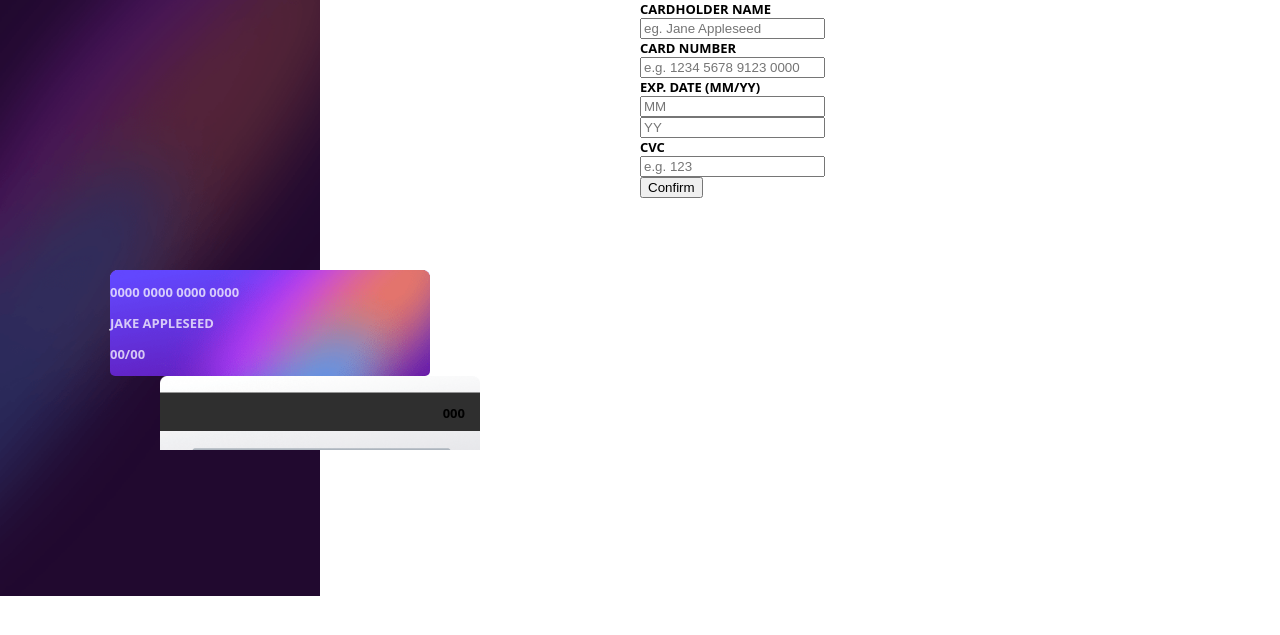
Repository: Celebration-cloud/my-project
Page: interactive-card-details-form-main/index.html
These files come from the project's save history. The page is drawn as it stood at one moment and after the next save; the edit follows.
The browser window is 1280 px wide. The pictures show the whole page.

Above is the page before, as saved 2023-08-22 18:51:29.

### interactive-card-details-form-main/index.html
<!DOCTYPE html>
<html lang="en">
<head>
  <meta charset="UTF-8">
  <meta name="viewport" content="width=device-width, initial-scale=1.0"> <!-- displays site properly based on user's device -->

  <link rel="icon" type="image/png" sizes="32x32" href="./images/favicon-32x32.png">
  <link rel="stylesheet" href="index.css">

  <title>Frontend Mentor | Interactive card details form</title>

  <!-- Feel free to remove these styles or customise in your own stylesheet 👍 -->
  <style>
    .attribution { font-size: 11px; text-align: center; }
    .attribution a { color: hsl(228, 45%, 44%); }
  </style>
</head>
<body>
  <div class="container">
    <section id="section-a" class="section-a">
      <div id="card">
        <div id="profile"></div><span id="detail"></span>
        <p id="card-number">0000 0000 0000 0000</p>
        <p id="card-name">JAKE APPLESEED</p>
        <p id="exp-date">00/00</p>
      </div>
      <div id="card-back">
        <p id="cvc-digit">000</p>
      </div>

    </section>
    <!-- Add your site or application content here -->
    <!-- Card Details Form Section-->
    <section id="section-b" class="section-b">
      <form action="">
        <label for="name" id="cardholder-numeber-label">CARDHOLDER NAME</label><br/>
        <input name="name" id="cardholder-numeber-input" aria-required="false" placeholder="eg. Jane Appleseed" required/><br/>
        <label for="card-number" id="card-number-label">CARD NUMBER</label><br/>
        <input name="card-number" id="card-number-input" type="tel" aria-required="false" placeholder="e.g. 1234 5678 9123 0000" required/><br/>
        <label for="expire-date" id="expire-date-label">EXP. DATE (MM/YY)</label><br/>
        <input name="expire-date" id="expire-date" type="tel" aria-required="false" placeholder="MM" required/><br/>
        <input name="expire-date" id="expire-date2" type="tel" aria-required="false" placeholder="YY" required/><br/>
        <label for="cvc" id="cvc-label">CVC</label><br/>
        <input name="cvc" aria-required="false" id="cvc" type="tel" placeholder="e.g. 123" required/><br/>
        <button type="submit">Confirm</button>
      </form>

    </section>
  </div>

  <!-- 0000 0000 0000 0000
  00/00

  000

  Cardholder Name
  e.g. Jane Appleseed

  Card Number
  e.g. 1234 5678 9123 0000

  Exp. Date (MM/YY)
  MM
  YY

  CVC
  e.g. 123

  Confirm -->

  <!-- Completed state start -->

  <!-- Thank you!
  We've added your card details
  Continue -->

  <!-- <div class="attribution">
    Challenge by <a href="https://www.frontendmentor.io?ref=challenge" target="_blank">Frontend Mentor</a>.
    Coded by <a href="#">Your Name Here</a>.
  </div> -->
</body>
</html>

### interactive-card-details-form-main/index.css
body{
    font-family: system-ui, -apple-system, BlinkMacSystemFont, 'Segoe UI', Roboto, Oxygen, Ubuntu, Cantarell, 'Open Sans', 'Helvetica Neue', sans-serif;
    font-weight: bolder;
    font-size: small;
    margin: 0;
    padding: 0;
}
.container{
    display: flex;
}
#section-a{
    background-image: url(images/bg-main-desktop.png);
    background-size: 50%;
    background-repeat: no-repeat;
    width: 50%;
    height: 100vh;
    display: flex;
    flex-direction: column;
    justify-content: center;
}
#card{
    color: rgba(255, 255, 255, 0.737);
    background-image: url(images/bg-card-front.png);
    width: 50%;
    background-size: cover;
    border-radius: 5px;
    align-self: center;
    margin-right: 100px;
}
#card-back{
    background-image: url(images/bg-card-back.png);
    background-size: cover;
    width: 50%;

    align-self: center;
}
#cvc-digit{
    text-align: right !important ;
    padding: 15px;
}

After the next save:
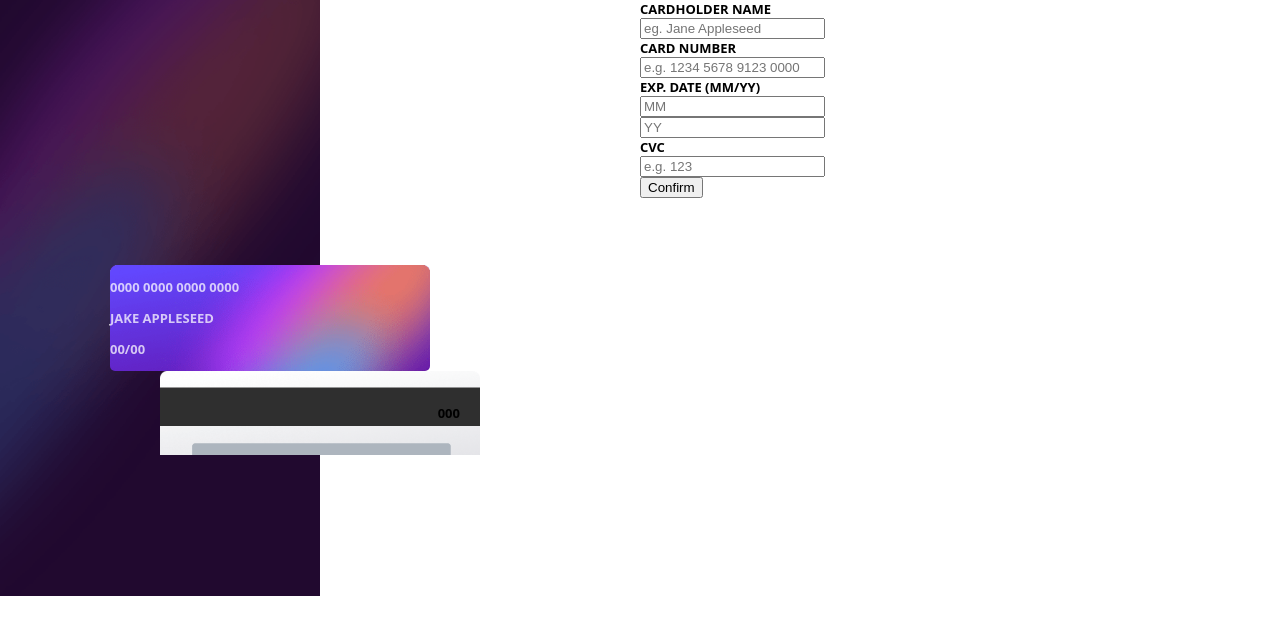
Saved 4 s later.
--- a/interactive-card-details-form-main/index.css
+++ b/interactive-card-details-form-main/index.css
@@ -36,5 +36,5 @@ body{
 }
 #cvc-digit{
     text-align: right !important ;
-    padding: 15px;
+    padding: 20px;
 }
